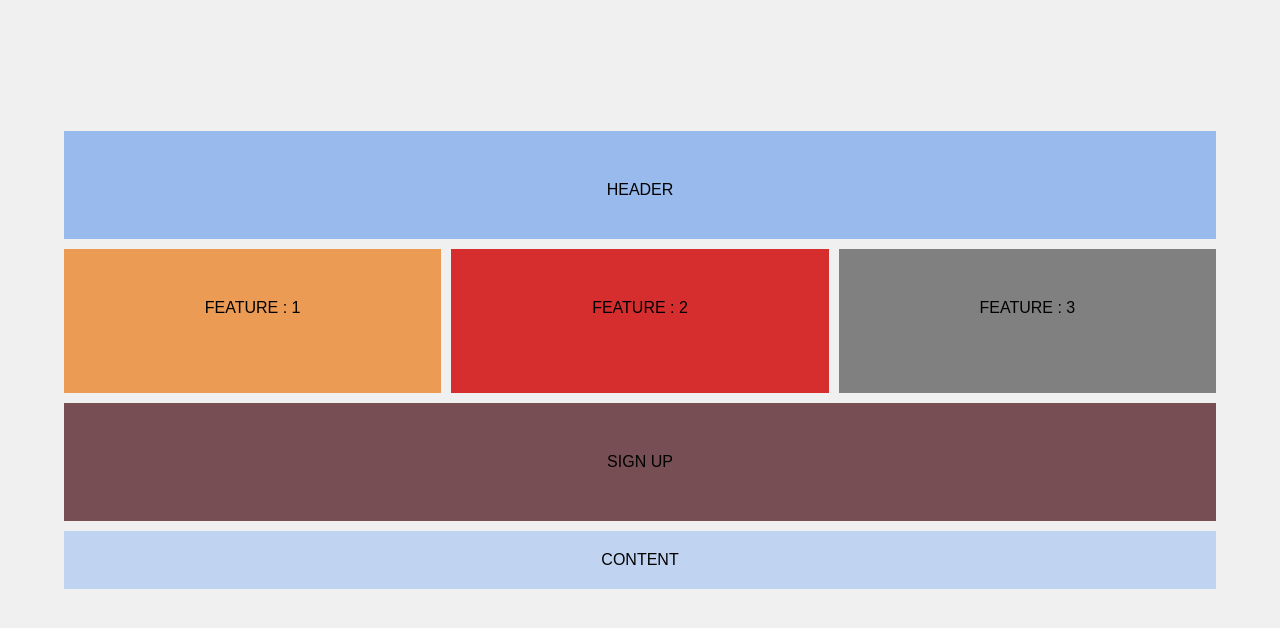
Repository: viveknaidu007/repo-152-FSD-InnomaticsTasksSep2024
Page: task_3/index.html
The author's editor kept a copy of each file at every save. The page is drawn from the files as they stood at one save, then again after the next save.
The browser window is 1280 px wide. The pictures show the whole page.

Above is the page before, as saved 2024-10-02 11:57:40.

### task_3/index.html
<!DOCTYPE html>
<html lang="en">
<head>
  <meta charset="UTF-8">
  <meta name="viewport" content="width=device-width, initial-scale=1.0">
  <title>Responsive Layout project</title>
  <link rel="stylesheet" href="styles.css">
</head>
<body>
  <div class="container">
    <header class="header">HEADER</header>
    <div class="content">CONTENT</div>
    <div class="signup">SIGN UP</div>
    <div class="feature1">FEATURE : 1</div>
    <div class="feature2">FEATURE : 2</div>
    <div class="feature3">FEATURE : 3</div>
  </div>
</body>
</html>

### task_3/styles.css
* {
    margin: 0;
    padding: 0;
    box-sizing: border-box;
  }

  body {
    font-family: Arial, sans-serif;
    display: flex;
    justify-content: center;
    align-items: center;
    height: 100vh;
    background-color: #f0f0f0;
  }

  .header {
    grid-area: header;
    background-color: #86afedd1;
    text-align: center;
    padding: 50px;
    position: static;
    height: 15vh;
  }

  .content {
    grid-area: content;
    background-color: #96baf087;
    text-align: center;
    padding: 20px;
  }

  .signup {
    grid-area: signup;
    background-color: #764e54;
    text-align: center;
    padding: 50px;
    text-decoration: solid;
  }


  .feature1 {
    background-color: #ec9b55;
    height:20vh;
    text-align: center;
    padding: 50px;
  }

  .feature2 {
    background-color: #d62e2e;
    height:20vh;
    padding: 50px;
    text-align: center;
  }

  .feature3 {
    background-color: grey;
    padding: 50px;
    text-align: center;
  }


  .container {
    display: grid;
    grid-template-areas:
      "header"
      "content"
      "signup"
      "feature1"
      "feature2"
      "feature3";
    grid-template-columns: 1fr;
    gap: 10px;
    width: 90%;
    max-width: 1200px;
  }


  @media(min-width: 768px) {
    .container {
      grid-template-areas:
        "header header"
        "content content"
        "signup feature1"
        "feature2 feature3";
      grid-template-columns: 1fr 1fr;
    }
  }

  @media(min-width: 1024px) {
    .container {
      grid-template-areas:
        "header header header"
        "feature1 feature2 feature3"
        "signup signup signup"
        "content content content";
      grid-template-columns: repeat(3, 1fr);
    }
  }

After the next save:
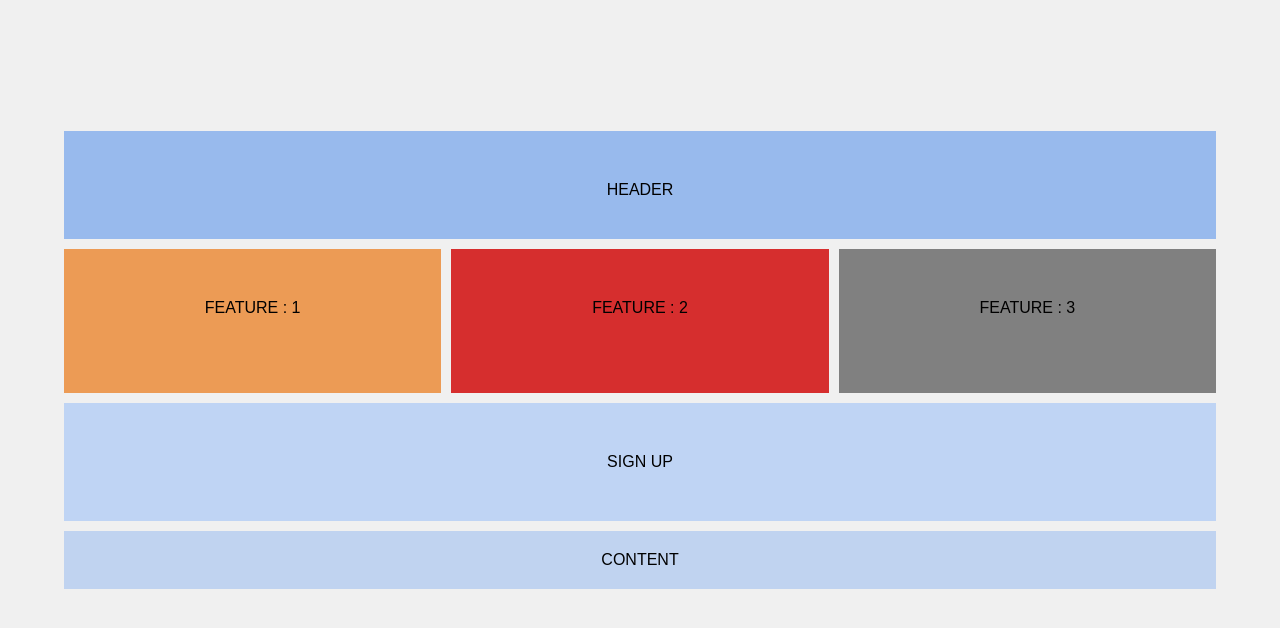
Saved 24 s later.
--- a/task_3/styles.css
+++ b/task_3/styles.css
@@ -31,7 +31,7 @@
 
   .signup {
     grid-area: signup;
-    background-color: #764e54;
+    background-color: #93bbf787;
     text-align: center;
     padding: 50px;
     text-decoration: solid;
